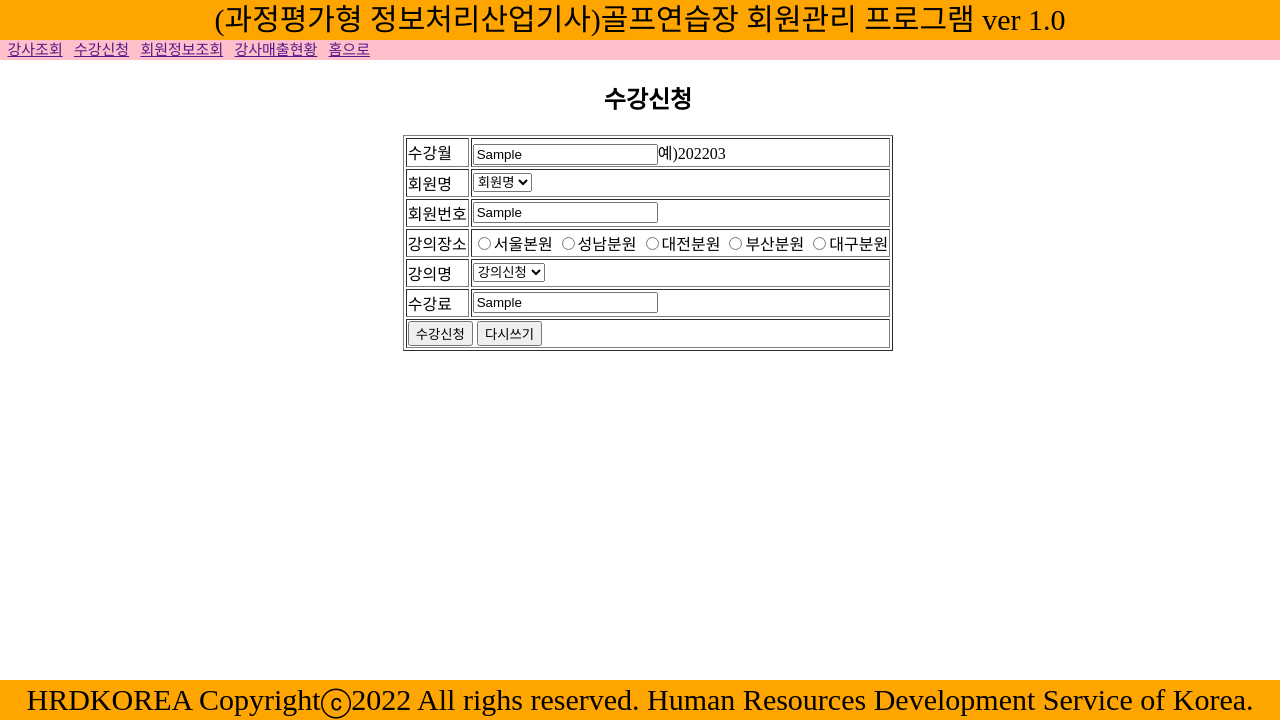
Repository: YeoJeongmo/hrdKorea
Page: http://localhost/HRD_1/insert.jsp
An editor plug-in stored every save of this project. The page is shown before and after the next save, followed by the edit.
The browser window is 1280 px wide. The pictures show the whole page.
Empty fields were first filled with sample values (such as "Sample", 5 or name@example.com).
After loading, the first visible `input[onclick="res()"]` was clicked once.
The page is served by Tomcat 9.

Above is the page before, as saved 2024-09-04 12:32:43.
Console error: ReferenceError: res is not defined

After the next save:
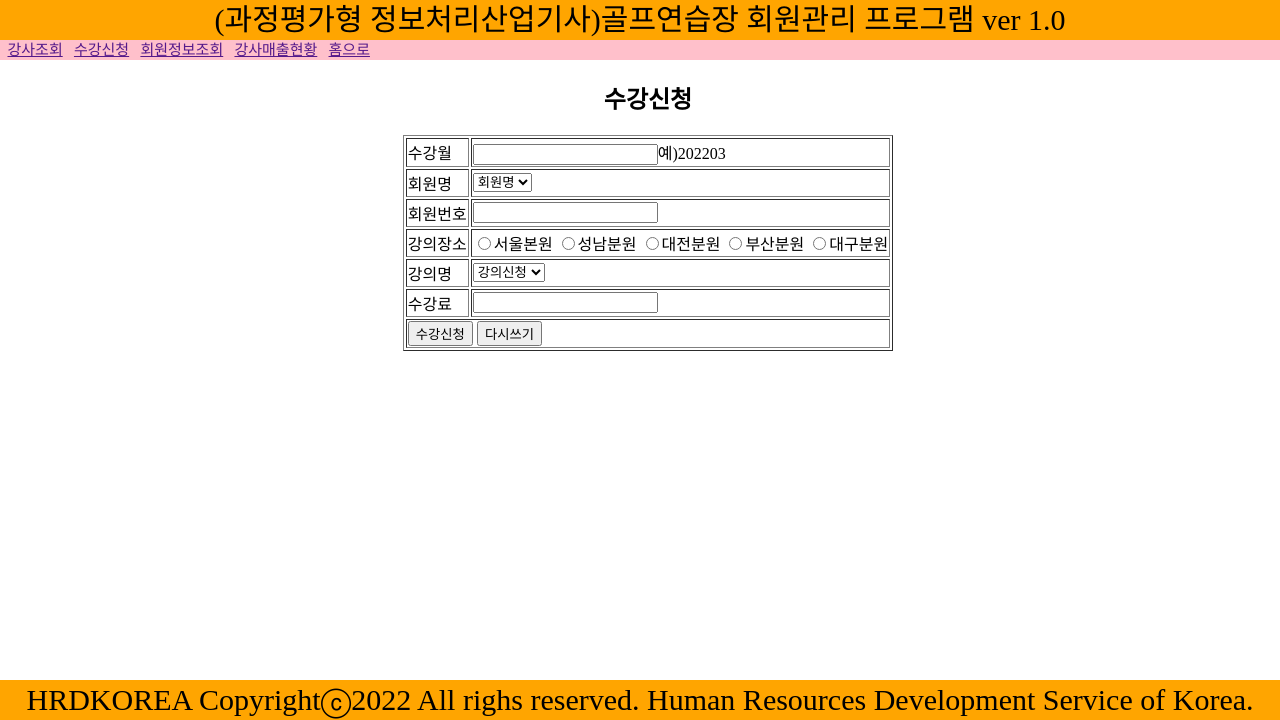
The error is gone.
Saved 26 s later.
--- a/cbq_05/workspace/HRD_1/src/main/webapp/check.js
+++ b/cbq_05/workspace/HRD_1/src/main/webapp/check.js
@@ -21,3 +21,7 @@
 		window.location = 'index.jsp';
 	}
 }
+function res(){
+	alert("정보를 지우고 처음부터 다시 입력합니다!");
+	frm.reset();
+}
